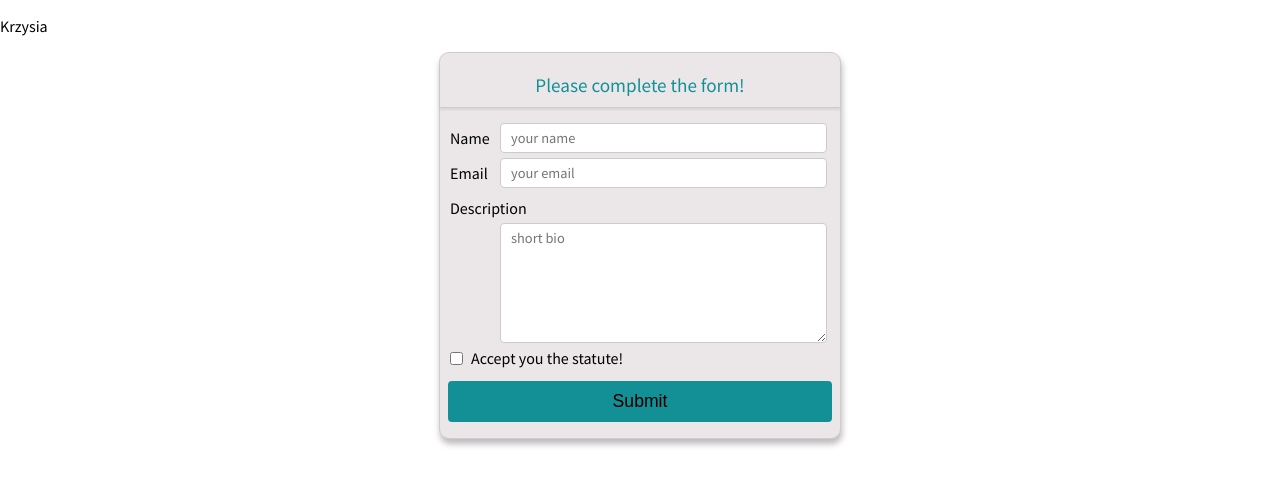
Repository: KrzysKolo/sr_tydzien4_zad2
Page: /
An editor plug-in stored every save of this project. The page is shown before and after the next save, followed by the edit.
The browser window is 1280 px wide. The pictures show the whole page.
The project was rebuilt for these pictures with package versions that can differ from the ones it lists, and the page was loaded fresh each time. Also part of the build but not shown: src/components/formComponents/ErrorMessage.js, src/components/formComponents/Message.js.

Above is the page before, as saved 2020-11-27 22:20:02.

After the next save:
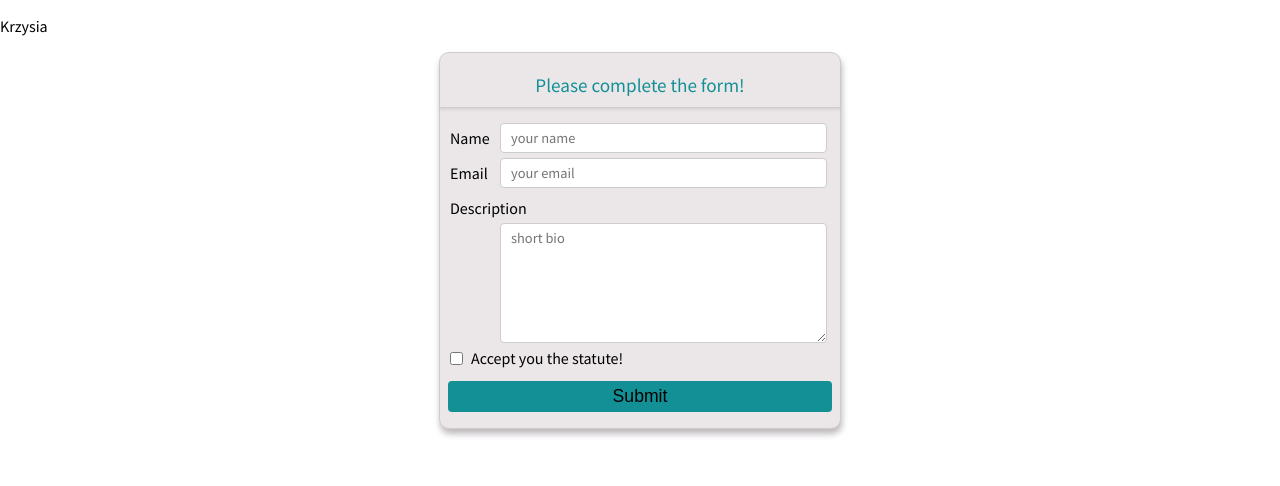
Saved 16 s later.
--- a/src/components/formComponents/Button.js
+++ b/src/components/formComponents/Button.js
@@ -8,7 +8,7 @@
     display: block;
     font-size: 1.1rem;
     margin: 4% auto;
-    padding: 10px 0;
+    padding: 5px 0;
     width: 96%;
 
 `;

After the save that followed:
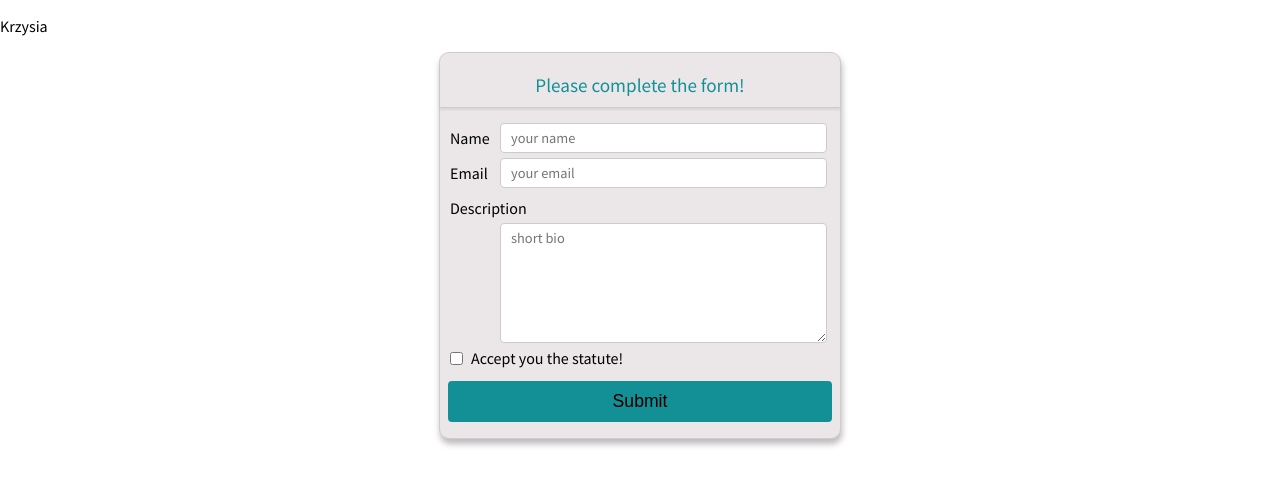
Saved 11 s later.
--- a/src/components/formComponents/Button.js
+++ b/src/components/formComponents/Button.js
@@ -8,7 +8,7 @@
     display: block;
     font-size: 1.1rem;
     margin: 4% auto;
-    padding: 5px 0;
+    padding: 10px 0;
     width: 96%;
 
 `;
